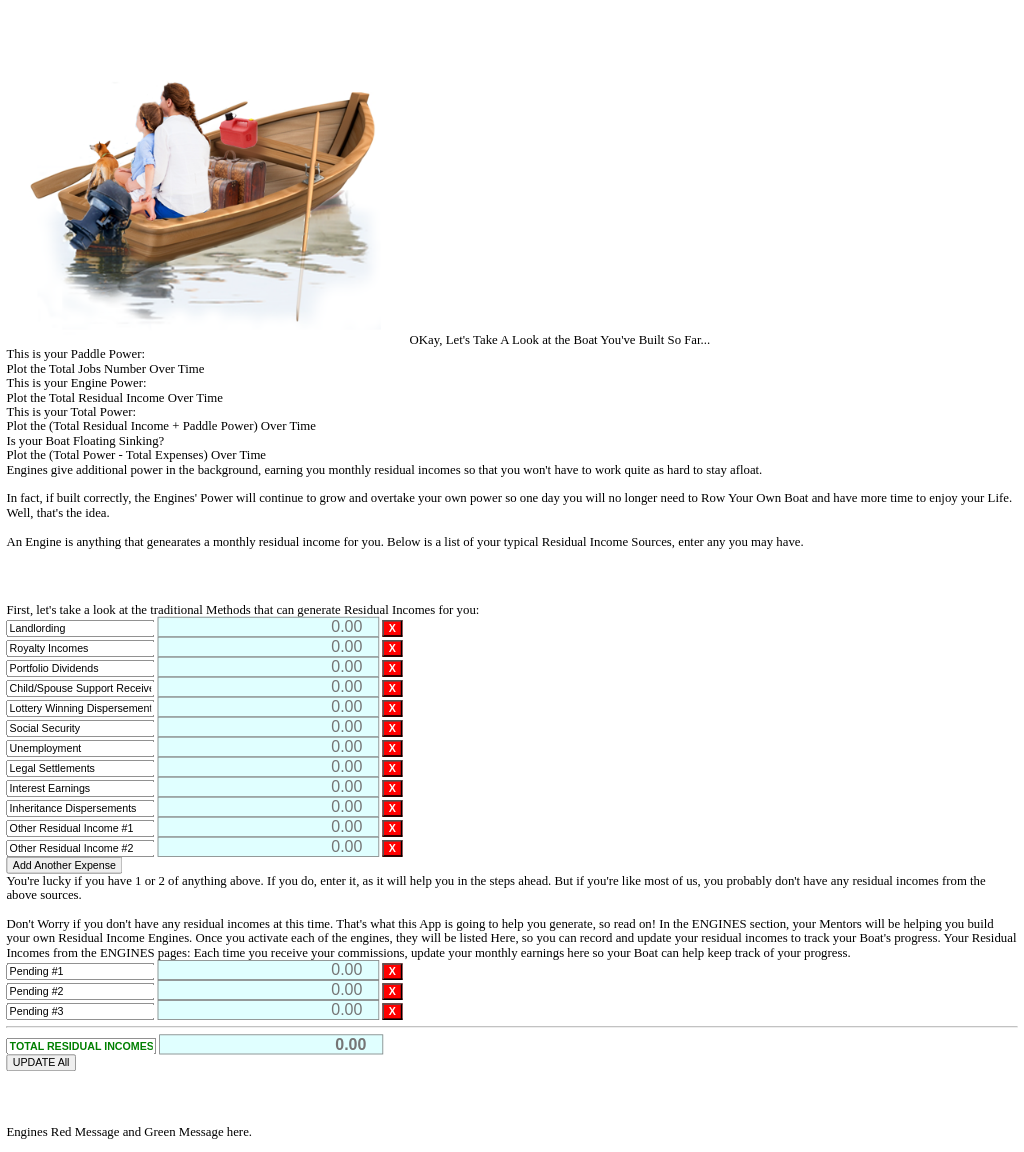
Repository: DevZubair/Danh-App
Page: www/templates/boat-charts.html
The author's editor kept a record of every edit. The page is drawn from the files as they stood at one moment, then again after the next edit.
The browser window is 1280 px wide. The pictures show the whole page, at 80% of full size.

Above is the page before.

### www/templates/boat-charts.html
<!--<ion-view view-title="Boat Weight">
  <ion-content>-->


    <div class="card">

      <div class="item item-divider item-royal">
        <h2 style="color:white">Your Boat Charts</h2>
      </div>

      <div class="item item-text-wrap">
       <div class="row">
        <div class="col">
          <img src="img/BoatFinal.png" class="images-right-50"></img>
          <span class="subtitle">OKay, Let's Take A Look at the Boat You've Built So Far...</span>
        </div>
      </div>

      <div class="row">
        <div class="col">

           <span class="subtitle">This is your Paddle Power:</span><br>Plot the Total Jobs Number Over Time
        </div>
      </div>

      <div class="row">
        <div class="col">

           <span class="subtitle">This is your Engine Power:</span><br>Plot the Total Residual Income Over Time

        </div>
      </div>

      <div class="row">
        <div class="col">

           <span class="subtitle">This is your Total Power:</span><br>Plot the (Total Residual Income + Paddle Power) Over Time

        </div>
      </div>

      <div class="row">
        <div class="col">

           <span class="subtitle">Is your Boat Floating Sinking?</span><br>Plot the (Total Power - Total Expenses)  Over Time
        </div>
       </div>


           Engines give additional power in the background, earning you monthly residual incomes so that you won't have to work quite as hard to stay afloat.<br><br>

           In fact, if built correctly, the Engines' Power will continue to grow and overtake your own power so one day you will no longer need to Row Your Own Boat and have more time to enjoy your Life.  Well, that's the idea.<br><br>

           An Engine is anything that genearates a monthly residual income for you.  Below is a list of your typical Residual Income Sources, enter any you may have.
        </div>
      </div>


      </div>

      <div class="item item-divider item-royal">
        <h2 style="color:white">Engines Estimator</h2>
      </div>

      <div class="item item-text-wrap">

        <span class="subtitle">First, let's take a look at the traditional Methods that can generate Residual Incomes for you: </span>

        <div class="list">

          <div class="row">
            <input class="col col-50 input-label" value="Landlording">
            <input class="col col-30" style="font-size: 20px; background-color:lightcyan; padding:0 5px; text-align:right; border:1px solid gray"  placeholder="0.00" type="number">
            <button class="col col-10" style="color:white; font-weight:bold; background-color:red">X</button>
          </div>

          <div class="row">
            <input class="col col-50 input-label" value="Royalty Incomes">
            <input class="col col-30" style="font-size: 20px; background-color:lightcyan; padding:0 5px; text-align:right; border:1px solid gray"  placeholder="0.00" type="number">
            <button class="col col-10" style="color:white; font-weight:bold; background-color:red">X</button>
          </div>

          <div class="row">
            <input class="col col-50 input-label" value="Portfolio Dividends">
            <input class="col col-30" style="font-size: 20px; background-color:lightcyan; padding:0 5px; text-align:right; border:1px solid gray"  placeholder="0.00" type="number">
            <button class="col col-10" style="color:white; font-weight:bold; background-color:red">X</button>
          </div>

          <div class="row">
            <input class="col col-50 input-label" value="Child/Spouse Support Received">
            <input class="col col-30" style="font-size: 20px; background-color:lightcyan; padding:0 5px; text-align:right; border:1px solid gray"  placeholder="0.00" type="number">
            <button class="col col-10" style="color:white; font-weight:bold; background-color:red">X</button>
          </div>

          <div class="row">
            <input class="col col-50 input-label" value="Lottery Winning Dispersements">
            <input class="col col-30" style="font-size: 20px; background-color:lightcyan; padding:0 5px; text-align:right; border:1px solid gray"  placeholder="0.00" type="number">
            <button class="col col-10" style="color:white; font-weight:bold; background-color:red">X</button>
          </div>

          <div class="row">
            <input class="col col-50 input-label" value="Social Security">
            <input class="col col-30" style="font-size: 20px; background-color:lightcyan; padding:0 5px; text-align:right; border:1px solid gray"  placeholder="0.00" type="number">
            <button class="col col-10" style="color:white; font-weight:bold; background-color:red">X</button>
          </div>

          <div class="row">
            <input class="col col-50 input-label" value="Unemployment">
            <input class="col col-30" style="font-size: 20px; background-color:lightcyan; padding:0 5px; text-align:right; border:1px solid gray"  placeholder="0.00" type="number">
            <button class="col col-10" style="color:white; font-weight:bold; background-color:red">X</button>
          </div>

          <div class="row">
            <input class="col col-50 input-label" value="Legal Settlements">
            <input class="col col-30" style="font-size: 20px; background-color:lightcyan; padding:0 5px; text-align:right; border:1px solid gray"  placeholder="0.00" type="number">
            <button class="col col-10" style="color:white; font-weight:bold; background-color:red">X</button>
          </div>

          <div class="row">
            <input class="col col-50 input-label" value="Interest Earnings">
            <input class="col col-30" style="font-size: 20px; background-color:lightcyan; padding:0 5px; text-align:right; border:1px solid gray"  placeholder="0.00" type="number">
            <button class="col col-10" style="color:white; font-weight:bold; background-color:red">X</button>
          </div>

          <div class="row">
            <input class="col col-50 input-label" value="Inheritance Dispersements">
            <input class="col col-30" style="font-size: 20px; background-color:lightcyan; padding:0 5px; text-align:right; border:1px solid gray"  placeholder="0.00" type="number">
            <button class="col col-10" style="color:white; font-weight:bold; background-color:red">X</button>
          </div>
        </div>

        <div class="row">
            <input class="col col-50 input-label" value="Other Residual Income #1">
            <input class="col col-30" style="font-size: 20px; background-color:lightcyan; padding:0 5px; text-align:right; border:1px solid gray"  placeholder="0.00" type="number">
            <button class="col col-10" style="color:white; font-weight:bold; background-color:red">X</button>
          </div>

          <div class="row">
            <input class="col col-50 input-label" value="Other Residual Income #2">
            <input class="col col-30" style="font-size: 20px; background-color:lightcyan; padding:0 5px; text-align:right; border:1px solid gray"  placeholder="0.00" type="number">
            <button class="col col-10" style="color:white; font-weight:bold; background-color:red">X</button>
          </div>
        </div>

<div class="row">
  <div class="col col-50">
    <button class="button button-block button-balanced" >Add Another Expense</button>
  </div>
</div>

          You're lucky if you have 1 or 2 of anything above.  If you do, enter it, as it will help you in the steps ahead.  But if you're like most of us, you probably don't have any residual incomes from the above sources.<br><br>

          Don't Worry if you don't have any residual incomes at this time.  That's what this App is going to help you generate, so read on! In the ENGINES section, your Mentors will be helping you build your own Residual Income Engines.  Once you activate each of the engines, they will be listed Here, so you can record and update your residual incomes to track your Boat's progress.

          <span class="subtitle">Your Residual Incomes from the ENGINES pages:</span> Each time you receive your commissions, update your monthly earnings here so your Boat can help keep track of your progress.



        <div class="list">
          <div class="row">
            <input class="col col-50 input-label" value="Pending #1">
            <input class="col col-30" style="font-size: 20px; background-color:lightcyan; padding:0 5px; text-align:right; border:1px solid gray"  placeholder="0.00" type="number">
            <button class="col col-10" style="color:white; font-weight:bold; background-color:red">X</button>
          </div>

          <div class="row">
            <input class="col col-50 input-label" value="Pending #2">
            <input class="col col-30" style="font-size: 20px; background-color:lightcyan; padding:0 5px; text-align:right; border:1px solid gray"  placeholder="0.00" type="number">
            <button class="col col-10" style="color:white; font-weight:bold; background-color:red">X</button>
          </div>

          <div class="row">
            <input class="col col-50 input-label" value="Pending #3">
            <input class="col col-30" style="font-size: 20px; background-color:lightcyan; padding:0 5px; text-align:right; border:1px solid gray"  placeholder="0.00" type="number">
            <button class="col col-10" style="color:white; font-weight:bold; background-color:red">X</button>
          </div>

        </div>


            <hr>

        <div class="list">
          <div class="row">
            <input class="col col-50 input-label" value="TOTAL RESIDUAL INCOMES" style="color:green;font-weight:bold">
            <input class="col col-30" style="font-weight:bold; font-size: 20px; background-color:lightcyan; padding:0 5px; text-align:right; border:1px solid gray"  placeholder="0.00" type="number">
            <div class="col col-10"></div>
          </div>
        </div

<div class="row">
  <div class="col col-50">
    <button class="button button-block button-balanced" >UPDATE All</button>
  </div>
</div>


      <div class="item item-divider item-royal">
        <h2 style="color:white">Your Engines Summary</h2>
      </div>

            <div class="item item-text-wrap">
        <p>
        Engines Red Message and Green Message here.</p>
      </div>

    </div>



  <!--<ion-content>
</ion-view>-->

After the next edit:
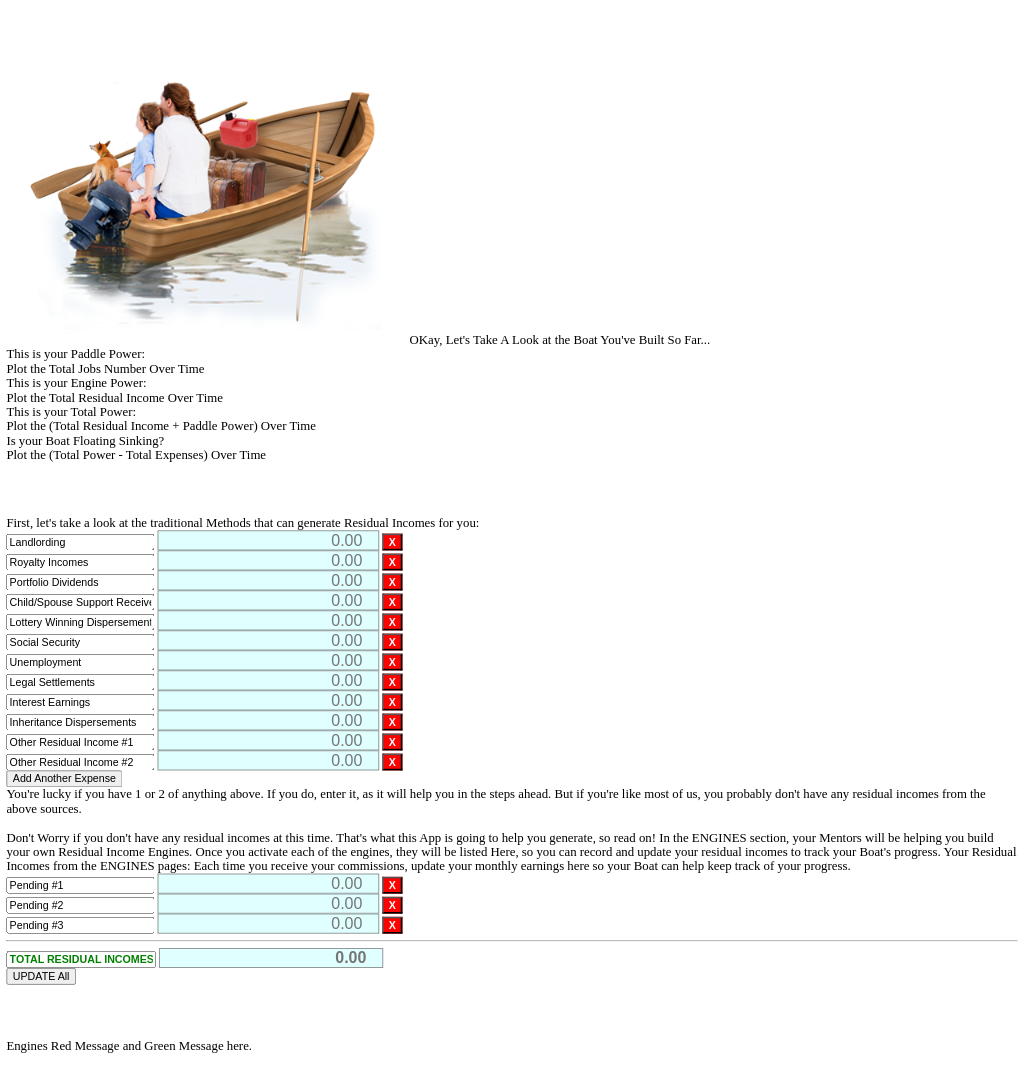
The edit:
--- a/www/templates/boat-charts.html
+++ b/www/templates/boat-charts.html
@@ -46,13 +46,6 @@
         </div>
        </div>
 
-
-           Engines give additional power in the background, earning you monthly residual incomes so that you won't have to work quite as hard to stay afloat.<br><br>
-
-           In fact, if built correctly, the Engines' Power will continue to grow and overtake your own power so one day you will no longer need to Row Your Own Boat and have more time to enjoy your Life.  Well, that's the idea.<br><br>
-
-           An Engine is anything that genearates a monthly residual income for you.  Below is a list of your typical Residual Income Sources, enter any you may have.
-        </div>
       </div>
 
 
